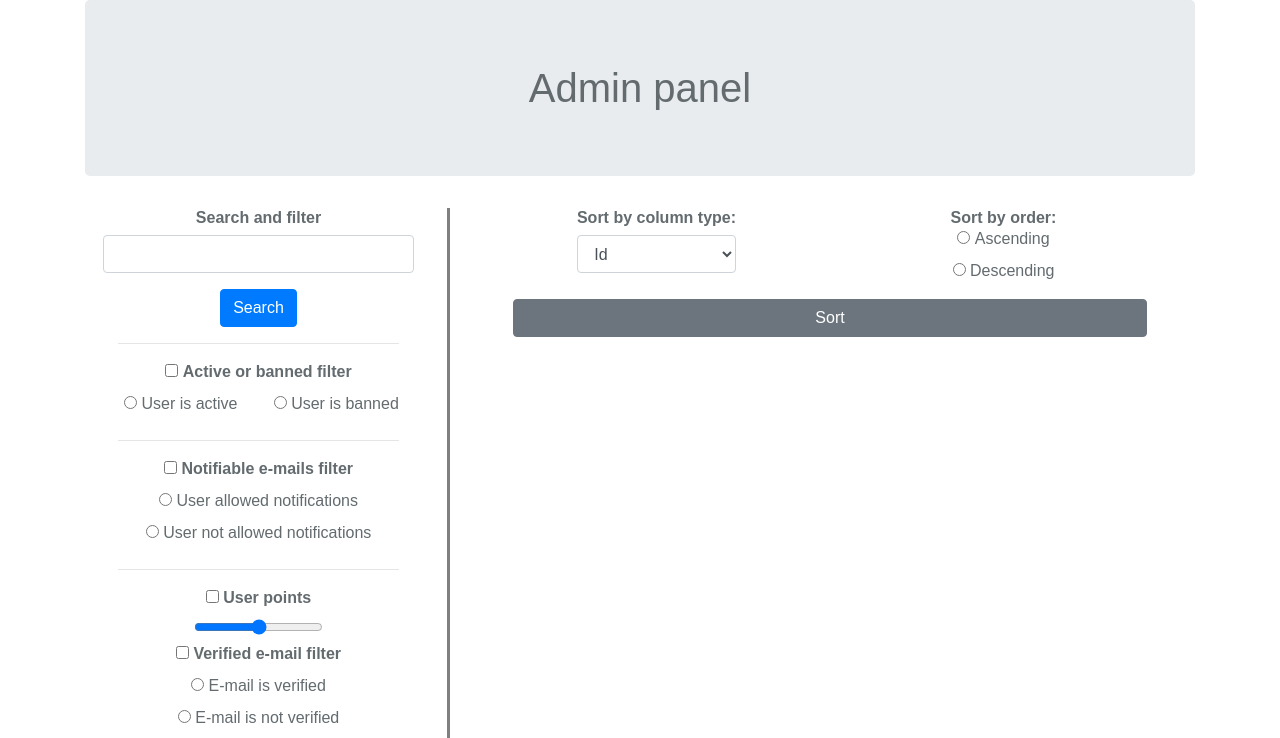
Repository: WOLVGVNG/gameclan
Page: resources/views/admin_panel.blade.php
These files come from the project's save history. The page is drawn as it stood at one moment and after the next save; the edit follows.
The browser window is 1280 px wide. The pictures show the whole page.
The page is served by the project's Laravel application, run on PHP 8.4 with Laravel 8. Other server files are loaded and not shown. The template is opened directly, without the code that normally fills it, so the values that code supplies are empty.

Above is the page before, as saved 2019-03-20 22:16:30.

### routes/web.php
<?php

/*
|--------------------------------------------------------------------------
| Web Routes
|--------------------------------------------------------------------------
|
| Here is where you can register web routes for your application. These
| routes are loaded by the RouteServiceProvider within a group which
| contains the "web" middleware group. Now create something great!
|
*/

Route::get('/', 'AdminPanelController@index');

### resources/views/admin_panel.blade.php
@extends('layout.app')
@section('content')
<div class='container text-center'>
    <h1 class='jumbotron'>Admin panel</h1>
    <form action='/' method='GET'>
        <div class='row'>
            <div class='col-md-4 px-4 px-md-5' style='border-right: 3px solid gray'>
                <!-----------------------------SZUKANIE---------------------------->
                <div class='row'>
                    <h6 class='font-weight-bold mx-auto'>Search and filter</h6>
                    <input type='text' class='form-control' name='search' value='{{ session('search') }}'>
                </div>
                <div class='row'>
                    <button type='submit' class='btn btn-primary mt-3 mx-auto'>Search</button>
                </div>
                <hr>

                <!-----------------------------FILTROWANIE---------------------------->
                <input type='checkbox' name='filter_active_switch' id='active_switch' value=true @if(session('filter_active_switch')==true) echo checked @endif>
                <label for='active_switch' class='font-weight-bold text-center'>Active or banned filter</label>
                <div class='row'>
                    <div class='col'>
                        <input type='radio' name='filter_active' id='active' value='active' @if(session('filter_active')=='active') echo checked @endif>
                        <label for='active'>User is active</label>
                    </div>
                    <div class='col'>
                        <input type='radio' name='filter_active' id='banned' value='banned' @if(session('filter_active  ')=='banned') echo checked @endif>
                        <label for='banned'>User is banned</label>
                    </div>
                </div>

                <hr>

                <input type='checkbox' name='filter_notifiable_email_switch' id='notifiable_email_switch' value=true @if(session('filter_notifiable_email_switch')==true) echo checked @endif>
                <label for='notifiable_email_switch' class='font-weight-bold text-center'>Notifiable e-mails filter</label>
                <div class='row'>
                    <div class='col mx-auto'>
                        <div class='col-12'>
                            <input type='radio' name='filter_notifiable_email' id='notifiable_email_yes' value='true' @if(session('filter_notifiable_email')=='true') echo checked @endif>
                            <label for='notifiable_email_yes'>User allowed notifications</label>
                        </div>
                        <div class='col-12'>
                            <input type='radio' name='filter_notifiable_email' id='notifiable_email_no' value='false' @if(session('filter_notifiable_email')=='false') echo checked @endif>
                            <label for='notifiable_email_no'>User not allowed notifications</label>
                        </div>
                    </div>
                </div>

                <hr>

                <input type='checkbox' name='filter_points_switch' id='points_switch' value=true @if(session('filter_points_switch')==true) echo checked @endif>
                <label for='points_switch' class='font-weight-bold text-center'>User points</label>
                <div class='row'>
                    <div class='col mx-auto'>
                        <div class='col-12'>
                            <input type='range' name='filter_points' id='points_yes' value='true' @if(session('filter_points')=='true') echo checked @endif>
                        </div>
                    </div>
                </div>

                {{--<input type='checkbox' name='filter_emails_switch' id='email_switch' value=true @if(session('filter_emails_switch')==true) echo checked @endif>
                <label for='email_switch' class='font-weight-bold text-center'>Users' email's providers</label>
                <div class='row'>
                    <div class='col'>
                        <input type='checkbox' name='filter_emails[]' id='gmail' value='gmail'>
                        <label for='gmail'>Gmail</label>
                    </div>
                    <div class='col'>
                        <input type='checkbox' name='filter_emails[]' id='outlook' value='outlook'>
                        <label for='outlook'>Outlook</label>
                    </div>
                    <div class='col'>
                        <input type='checkbox' name='filter_emails[]' id='yahoo' value='yahoo'>
                        <label for='yahoo'>Yahoo</label>
                    </div>
                    <div class='col'>
                        <input type='checkbox' name='filter_emails[]' id='yandex' value='yandex'>
                        <label for='yandex'>Yandex</label>
                    </div>
                    <div class='col'>
                        <input type='checkbox' name='filter_emails[]' id='icloud' value='icloud'>
                        <label for='icloud'>Icloud</label>
                    </div>
                    <div class='col'>
                        <input type='checkbox' name='filter_emails[]' id='onet' value='onet'>
                        <label for='onet'>Onet</label>
                    </div>
                </div>--}}

                <input type='checkbox' name='filter_verified_email_switch' id='verified_email_switch' value=true @if(session('filter_verified_email_switch')==true) echo checked @endif>
                <label for='verified_email_switch' class='font-weight-bold text-center'>Verified e-mail filter</label>
                <div class='row'>
                    <div class='col mx-auto'>
                        <div class='col-12'>
                            <input type='radio' name='filter_verified_email' id='verified_email_yes' value='true' @if(session('filter_verified_email')=='true') echo checked @endif>
                            <label for='verified_email_yes'>E-mail is verified</label>
                        </div>
                        <div class='col-12'>
                            <input type='radio' name='filter_verified_email' id='verified_email_no' value='false' @if(session('filter_verified_email')=='false') echo checked @endif>
                            <label for='verified_email_no'>E-mail is not verified</label>
                        </div>
                    </div>
                </div>
            </div>

            <div class='col-md-8 px-4 px-md-5'>
                <!-----------------------------SORTOWANIE---------------------------->
                <div class='row'>
                    <div class='col-sm-6'>
                        <h6 class='font-weight-bold mt-4 mt-md-0'>Sort by column type:</h6>
                        <select class='form-control w-50 mx-auto' name='sort_type' value='{{ session('sort_type') }}'>
                            {{--<option>{{ session('sort_type') }}</option>--}}
                            <option value='id' @if(session('sort_type') == 'id') echo selected @endif>Id</option>
                            <option value='user_name' @if(session('sort_type') == 'user_name') echo selected @endif>User name</option>
                            <option value='email' @if(session('sort_type') == 'email') echo selected @endif>E-mail</option>
                            <option value='notifiable_email' @if(session('sort_type') == 'notifiable_email') echo selected @endif>Notifiable email</option>
                            <option value='email_verified_at' @if(session('sort_type') == 'email_verified_at') echo selected @endif>Email verification date</option>
                            <option value='points' @if(session('sort_type') == 'points') echo selected @endif>Points</option>
                            <option value='steam_id' @if(session('sort_type') == 'steam_id') echo selected @endif>Steam id</option>
                            <option value='facebook_id' @if(session('sort_type') == 'facebook_id') echo selected @endif>Facebook id</option>
                            <option value='google_id' @if(session('sort_type') == 'google_id') echo selected @endif>Google id</option>
                            <option value='geo' @if(session('sort_type') == 'geo') echo selected @endif>Country</option>
                            <option value='lang' @if(session('sort_type') == 'lang') echo selected @endif>Language</option>
                            <option value='ref' @if(session('sort_type') == 'ref') echo selected @endif>Ref</option>
                            <option value='ref_status' @if(session('sort_type') == 'ref_status') echo selected @endif>Ref status</option>
                            <option value='ref_code' @if(session('sort_type') == 'ref_code') echo selected @endif>Ref code</option>
                            <option value='deleted_at' @if(session('sort_type') == 'deleted_at') echo selected @endif>The date of removal</option>
                            <option value='created_at' @if(session('sort_type') == 'created_at') echo selected @endif>Creation date</option>
                            <option value='updated_at' @if(session('sort_type') == 'updated_at') echo selected @endif>Update date</option>
                        </select>
                    </div>
                    <div class='col-sm-6'>
                        <h6 class='font-weight-bold my-4 my-md-0'>Sort by order:</h6>
                        <input type='radio' name='sort_order' value='asc' id='asc'
                                @if(session('sort_order') == 'asc') echo checked @endif>
                        <label for='asc'>Ascending</label>
                        <br>
                        <input type='radio' name='sort_order' value='desc' id='desc'
                                @if(session('sort_order') == 'desc') echo checked @endif>
                        <label for='desc'>Descending</label>
                    </div>
                </div>
                <div class='col mt-2 mb-5'>
                    <button type='submit' class='btn btn-block btn-secondary'>Sort</button>
                </div>
            </form>

            <!-----------------------------WYŚWIETLANIE---------------------------->
            @foreach($users as $user)
                <div class='row mb-5 user-part-div'>
                    <div class='user-part-div col'>
                        <p class='font-weight-bold'>id</p>
                        <p>{{$user->id}}</p>
                    </div>
                    <div class='user-part-div col'>
                        <p class='font-weight-bold'>user_name</p>
                        <p>{{$user->user_name}}</p>
                    </div>
                    <div class='user-part-div col'>
                        <p class='font-weight-bold'>email</p>
                        <p>{{$user->email}}</p>
                    </div>
                    @if(isset($user->email_verified_at))
                        <div class='user-part-div col'>
                            <p class='font-weight-bold'>email_verified_at</p>
                            <p>{{$user->email_verified_at}}</p>
                        </div>
                    @endif
                    @if(isset($user->email_verified_at))
                        <div class='user-part-div col'>
                            <p class='font-weight-bold'>remember_token</p>
                            <p>{{$user->remember_token}}</p>
                        </div>
                    @endif
                    <div class='user-part-div col'>
                        <p class='font-weight-bold'>avatar</p>
                        <p>{{$user->avatar}}</p>
                    </div>
                    <div class='user-part-div col'>
                        <p class='font-weight-bold'>points</p>
                        <p>{{$user->points}}</p>
                    </div>
                    @if(isset($user->steam_id))
                        <div class='user-part-div col'>
                            <p class='font-weight-bold'>steam_id</p>
                            <p>{{$user->steam_id}}</p>
                        </div>
                    @endif
                    @if(isset($user->facebook_id))
                        <div class='user-part-div col'>
                            <p class='font-weight-bold'>facebook_id</p>
                            <p>{{$user->facebook_id}}</p>
                        </div>
                    @endif
                    @if(isset($user->google_id))
                        <div class='user-part-div col'>
                            <p class='font-weight-bold'>google_id</p>
                            <p>{{$user->google_id}}</p>
                        </div>
                    @endif
                    <div class='user-part-div col'>
                        <p class='font-weight-bold'>geo</p>
                        <p>{{$user->geo}}</p>
                    </div>
                    <div class='user-part-div col'>
                        <p class='font-weight-bold'>lang</p>
                        <p>{{$user->lang}}</p>
                    </div>
                    @if(isset($user->ref))
                        <div class='user-part-div col'>
                            <p class='font-weight-bold'>ref</p>
                            <p>{{$user->ref}}</p>
                        </div>
                    @endif
                    @if(isset($user->ref_status))
                        <div class='user-part-div col'>
                            <p class='font-weight-bold'>ref_status</p>
                            <p>{{$user->ref_status}}</p>
                        </div>
                    @endif
                    <div class='user-part-div col'>
                        <p class='font-weight-bold'>ref_code</p>
                        <p>{{$user->ref_code}}</p>
                    </div>
                    @if(isset($user->deleted_at))
                        <div class='user-part-div col'>
                            <p class='font-weight-bold'>deleted_at</p>
                            <p>{{$user->deleted_at}}</p>
                        </div>
                    @endif
                    <div class='user-part-div col'>
                        <p class='font-weight-bold'>created_at</p>
                        <p>{{$user->created_at}}</p>
                    </div>
                    @if(isset($user->updated_at))
                        <div class='user-part-div col'>
                            <p class='font-weight-bold'>updated_at</p>
                            <p>{{$user->updated_at}}</p>
                        </div>
                    @endif
                </div>
            @endforeach
        </div>
    </div>

    <!-----------------------------PAGINACJA---------------------------->
    <div class='row'>
        <div class='mx-auto'>
            {{ $users->links() }}
        </div>
    </div>
</div>
@endsection

### resources/views/layout/app.blade.php
<!doctype html>
<html lang="{{ str_replace('_', '-', app()->getLocale()) }}">
    <head>
        <meta charset="utf-8">
        <meta name="viewport" content="width=device-width, initial-scale=1">

        <title>Laravel</title>

        <link rel="stylesheet" href="https://stackpath.bootstrapcdn.com/bootstrap/4.3.1/css/bootstrap.min.css" integrity="sha384-ggOyR0iXCbMQv3Xipma34MD+dH/1fQ784/j6cY/iJTQUOhcWr7x9JvoRxT2MZw1T" crossorigin="anonymous">

        <style>
            html, body {
                background-color: #fff;
                color: #636b6f;
                font-family: 'Nunito', sans-serif;
                font-weight: 200;
                height: 100vh;
                margin: 0;
            }

            .user-part-div {
                border: 2px solid gray;
            }
        </style>
    </head>
    <body>
        @yield('content')

    </body>
</html>

After the next save:
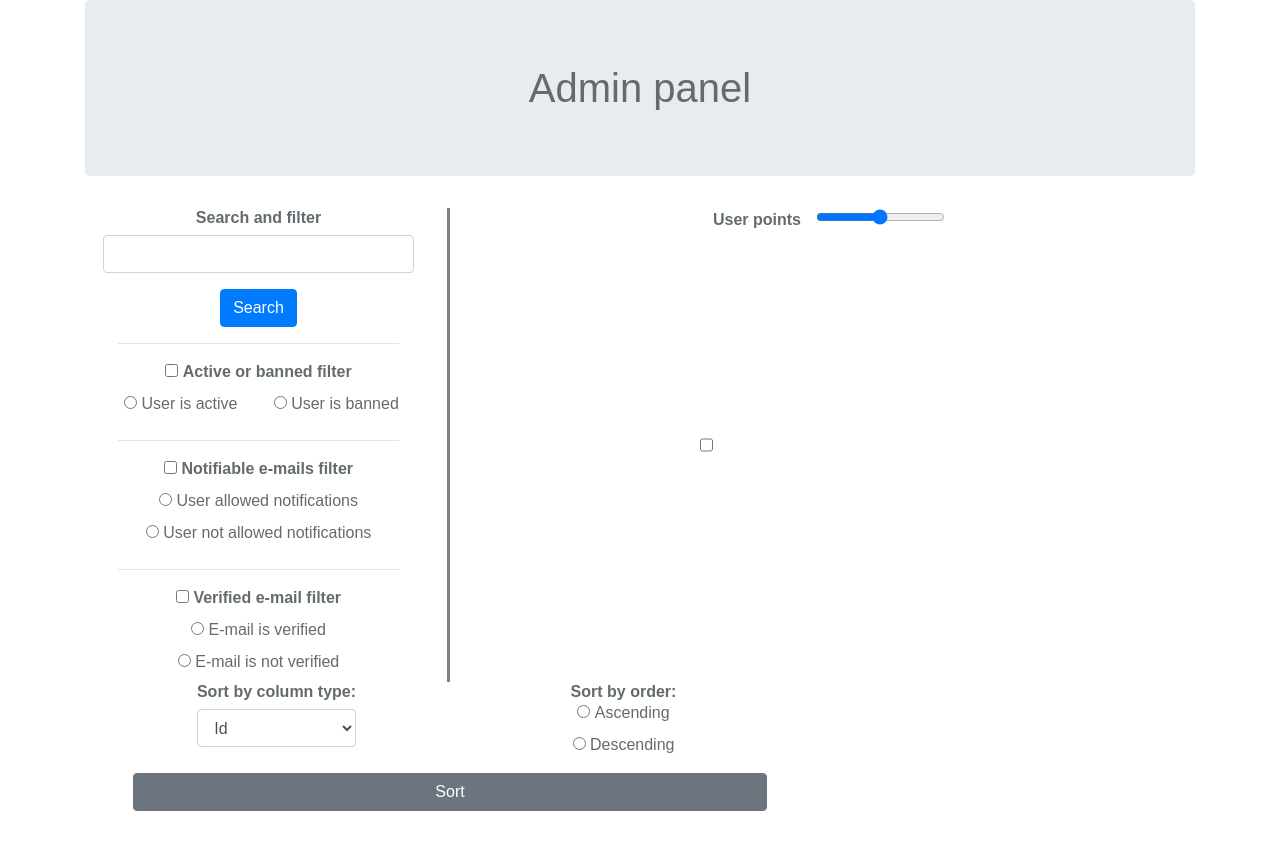
Saved 30 s later.
--- a/resources/views/admin_panel.blade.php
+++ b/resources/views/admin_panel.blade.php
@@ -48,16 +48,6 @@
 
                 <hr>
 
-                <input type='checkbox' name='filter_points_switch' id='points_switch' value=true @if(session('filter_points_switch')==true) echo checked @endif>
-                <label for='points_switch' class='font-weight-bold text-center'>User points</label>
-                <div class='row'>
-                    <div class='col mx-auto'>
-                        <div class='col-12'>
-                            <input type='range' name='filter_points' id='points_yes' value='true' @if(session('filter_points')=='true') echo checked @endif>
-                        </div>
-                    </div>
-                </div>
-
                 {{--<input type='checkbox' name='filter_emails_switch' id='email_switch' value=true @if(session('filter_emails_switch')==true) echo checked @endif>
                 <label for='email_switch' class='font-weight-bold text-center'>Users' email's providers</label>
                 <div class='row'>
@@ -102,6 +92,20 @@
                     </div>
                 </div>
             </div>
+
+            <hr>
+
+            <input type='checkbox' name='filter_points_switch' id='points_switch' value=true @if(session('filter_points_switch')==true) echo checked @endif>
+            <label for='points_switch' class='font-weight-bold text-center'>User points</label>
+            <div class='row'>
+                <div class='col mx-auto'>
+                    <div class='col-12'>
+                        <input type='range' name='filter_points' value='true' @if(session('filter_points')=='true') echo checked @endif>
+                    </div>
+                </div>
+            </div>
+
+            <hr>
 
             <div class='col-md-8 px-4 px-md-5'>
                 <!-----------------------------SORTOWANIE---------------------------->
